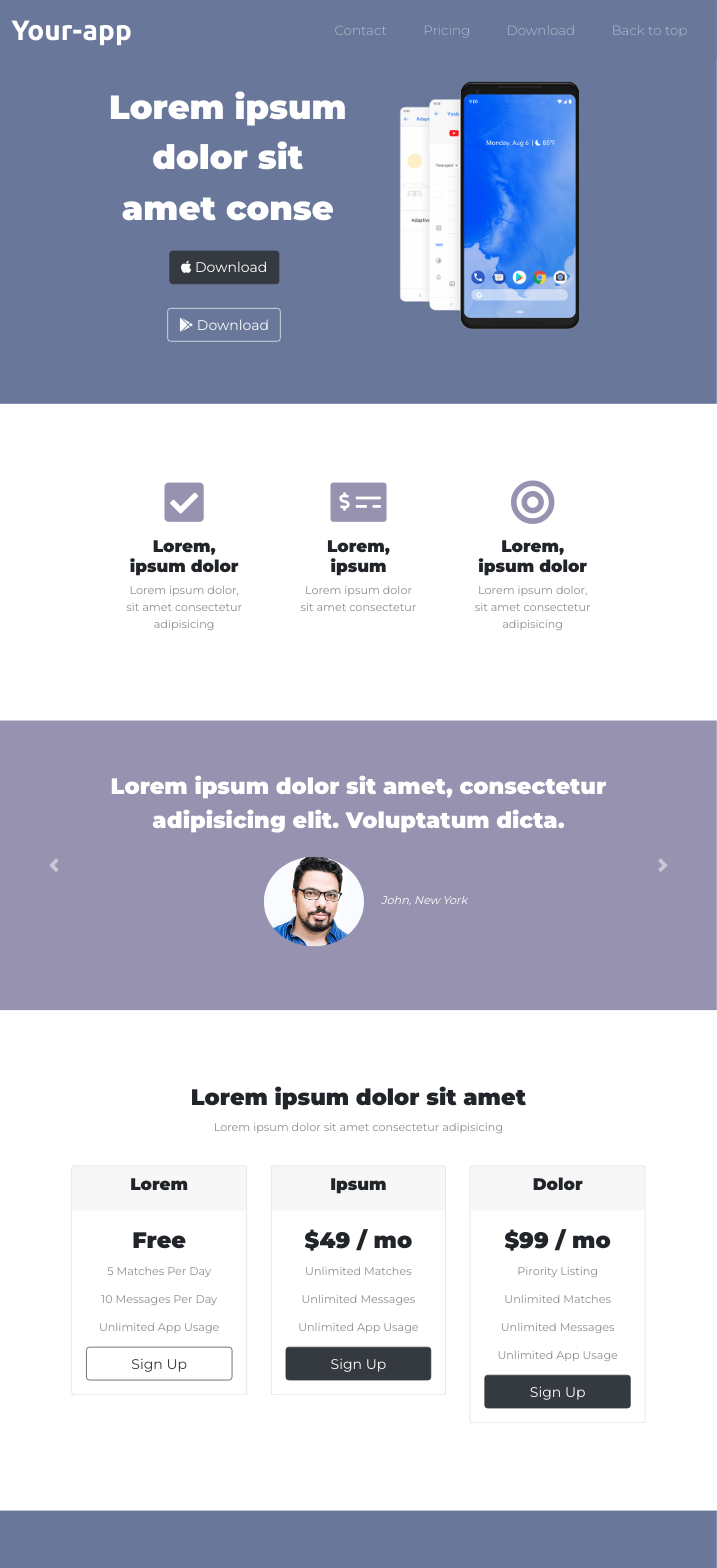
Repository: Isanderr/Simple_landing_page_2-Bootstrap4
Page: index.html
These files come from the project's save history. The page is drawn as it stood at one moment and after the next save; the edit follows.
The browser window is 1024 px wide. The pictures show the part of the page from y = 0 to 2240 px (the page is 2789 px tall before and 2753 px after), at 70% of full size.
Some web libraries are served in a nearby version.

Above is the page before, as saved 2019-02-03 21:54:50.

### index.html
<!DOCTYPE html>
<html>

  <head>
    <meta charset="utf-8">
    <meta name="viewport" content="width=device-width, initial-scale=1, shrink-to-fit=no">
    <title>App-landingpage</title>
    <link rel="stylesheet" href="https://stackpath.bootstrapcdn.com/bootstrap/4.2.1/css/bootstrap.min.css" integrity="sha384-GJzZqFGwb1QTTN6wy59ffF1BuGJpLSa9DkKMp0DgiMDm4iYMj70gZWKYbI706tWS"
      crossorigin="anonymous">
    <link rel="stylesheet" href="https://use.fontawesome.com/releases/v5.7.1/css/all.css" integrity="sha384-fnmOCqbTlWIlj8LyTjo7mOUStjsKC4pOpQbqyi7RrhN7udi9RwhKkMHpvLbHG9Sr"
      crossorigin="anonymous">
    <link href="https://fonts.googleapis.com/css?family=Montserrat:300,400,900|Ubuntu:400,700" rel="stylesheet">
    <link rel="stylesheet" href="css/styles.css">
  </head>

  <body>
    <section id="title">
      <div class="container-fluid">
        <!-- Nav Bar -->
        <nav class="navbar navbar-expand-lg navbar-dark fixed-top ">
          <a class="navbar-brand" href="">Your-app</a>
          <button class="navbar-toggler" type="button" data-toggle="collapse" data-target="#navbarTogglerDemo02">
            <span class="navbar-toggler-icon"></span>
          </button>
          <div class="collapse navbar-collapse" id="navbarTogglerDemo02">
            <ul class="navbar-nav ml-auto">
              <li class="nav-item">
                <a class="nav-link" href="#footer">Contact</a>
              </li>
              <li class="nav-item">
                <a class="nav-link" href="#pricing">Pricing</a>
              </li>
              <li class="nav-item">
                <a class="nav-link" href="#cta">Download</a>
              </li>
              <li class="nav-item">
                <a class="nav-link" href="#title">Back to top</a>
              </li>
            </ul>
          </div>
        </nav>
        <!-- Title -->
        <div class="row">
          <div class="col-lg-6">
            <h1 class="big-heading">Lorem ipsum dolor sit amet conse</h1>
            <button type="button" class="btn btn-dark btn-lg download-btn"><i class="fab fa-apple"></i> Download</button>
            <button type="button" class="btn btn-outline-light btn-lg download-btn"><i class="fab fa-google-play"></i>
              Download</button>
          </div>
          <div class="col-lg-6">
            <img src="images/android-phone.png" alt="andoind-phone" class="title-img">
          </div>
        </div>
      </div>
    </section>
    <!-- Features -->
    <section id="features">
      <div class="row">
        <div class="feature-box col-lg-4">
          <i class="fas fa-check-square fa-4x icon"></i>
          <h3>Lorem, ipsum dolor</h3>
          <p>Lorem ipsum dolor, sit amet consectetur adipisicing</p>
        </div>
        <div class="feature-box col-lg-4">
          <i class="fas fa-money-check-alt fa-4x icon"></i>
          <h3>Lorem, ipsum</h3>
          <p>Lorem ipsum dolor sit amet consectetur</p>
        </div>
        <div class="feature-box col-lg-4">
          <i class="fas fa-bullseye fa-4x icon"></i>
          <h3>Lorem, ipsum dolor</h3>
          <p>Lorem ipsum dolor, sit amet consectetur adipisicing</p>
        </div>
      </div>
    </section>
    <!-- Testimonials -->
    <section id="testimonials">
      <div id="testimonial-carousel" class="carousel slide" data-ride="false">
        <div class="carousel-inner">
          <div class="carousel-item active">
            <h2>Lorem ipsum dolor sit amet, consectetur adipisicing elit. Voluptatum dicta.</h2>
            <img class="testimonial-img" src="images/men.jpg" alt="men-profile">
            <em>John, New York</em>
          </div>
          <div class="carousel-item">
            <h2 class="testimonial-text">Lorem ipsum dolor sit amet consectetur adipisicing elit. Nostrum, excepturi.</h2>
            <img class="testimonial-img" src="images/woman.jpg" alt="lady-profile">
            <em>Beverly, Illinois</em>
          </div>
        </div>
        <a class="carousel-control-prev" href="#testimonial-carousel" role="button" data-slide="prev">
          <span class="carousel-control-prev-icon"></span>
        </a>
        <a class="carousel-control-next" href="#testimonial-carousel" role="button" data-slide="next">
          <span class="carousel-control-next-icon"></span>
        </a>
      </div>
    </section>
    <!-- Press -->
    <!-- <section id="press">
      <img class="press-logo" src="images/techcrunch.png" alt="tc-logo">
      <img class="press-logo" src="images/tnw.png" alt="tnw-logo">
      <img class="press-logo" src="images/mashable.png" alt="mashable-logo">
      <img class="press-logo" src="images/bizinsider.png" alt="biz-insider-logo">
    </section> -->
    <!-- Pricing -->
    <section id="pricing">
      <h2>Lorem ipsum dolor sit amet</h2>
      <p>Lorem ipsum dolor sit amet consectetur adipisicing</p>
      <div class="row">
        <div class="pricing-column col-lg-4 col-md-6">
          <div class="card">
            <div class="card-header">
              <h3>Lorem</h3>
            </div>
            <div class="card-body">
              <h2>Free</h2>
              <p>5 Matches Per Day</p>
              <p>10 Messages Per Day</p>
              <p>Unlimited App Usage</p>
              <button class="btn btn-lg btn-block btn-outline-dark" type="button">Sign Up</button>
            </div>
          </div>
        </div>
        <div class="pricing-column col-lg-4 col-md-6">
          <div class="card">
            <div class="card-header">
              <h3>Ipsum</h3>
            </div>
            <div class="card-body">
              <h2>$49 / mo</h2>
              <p>Unlimited Matches</p>
              <p>Unlimited Messages</p>
              <p>Unlimited App Usage</p>
              <button class="btn btn-lg btn-block btn-dark" type="button">Sign Up</button>
            </div>
          </div>
        </div>
        <div class="pricing-column col-lg-4 col-md-12">
          <div class="card">
            <div class="card-header">
              <h3>Dolor</h3>
            </div>
            <div class="card-body">
              <h2>$99 / mo</h2>
              <p>Pirority Listing</p>
              <p>Unlimited Matches</p>
              <p>Unlimited Messages</p>
              <p>Unlimited App Usage</p>
              <button class="btn btn-lg btn-block btn-dark" type="button">Sign Up</button>
            </div>
          </div>
        </div>
      </div>
    </section>
    <!-- Call to Action -->
    <section id="cta">
      <h3 class="cta-heading">Lorem ipsum dolor sit amet consec</h3>
      <button class="btn btn-lg btn-dark download-btn" type="button"><i class="fab fa-apple"></i> Download</button>
      <button class="btn btn-outline-light btn-lg download-btn" type="button"><i class="fab fa-google-play"></i>
        Download</button>
    </section>
    <!-- Footer -->
    <footer id="footer">
      <i class="social-icon fab fa-facebook-square"></i>
      <i class="social-icon fab fa-twitter-square"></i>
      <i class="social-icon fab fa-instagram"></i>
      <i class="social-icon fas fa-envelope"></i>
      <p>© Copyright 2019 Łukasz Cendrowski</p>
    </footer>
    <script src="https://code.jquery.com/jquery-3.3.1.slim.min.js" integrity="sha384-q8i/X+965DzO0rT7abK41JStQIAqVgRVzpbzo5smXKp4YfRvH+8abtTE1Pi6jizo"
      crossorigin="anonymous"></script>
    <script src="https://cdnjs.cloudflare.com/ajax/libs/popper.js/1.14.6/umd/popper.min.js" integrity="sha384-wHAiFfRlMFy6i5SRaxvfOCifBUQy1xHdJ/yoi7FRNXMRBu5WHdZYu1hA6ZOblgut"
      crossorigin="anonymous"></script>
    <script src="https://stackpath.bootstrapcdn.com/bootstrap/4.2.1/js/bootstrap.min.js" integrity="sha384-B0UglyR+jN6CkvvICOB2joaf5I4l3gm9GU6Hc1og6Ls7i6U/mkkaduKaBhlAXv9k"
      crossorigin="anonymous"></script>
  </body>

</html>

### css/styles.css

/* fonts */
/* font-family: 'Ubuntu', sans-serif;
font-family: 'Montserrat', sans-serif; */

/* colors */
/* #d7eaea
#acdbdf
#9692af
#69779b */

body {
    font-family: 'Montserrat', sans-serif;
}

h1, h2, h3, h4, h5, h6 {
    font-family: 'Montserrat', sans-serif;
    font-weight: 900;
}

h2 {
    font-size: 2rem;
    line-height: 1.5;
}

h3 {
    font-size: 1.5rem;
}

p {
    color: #8f8f8f;
}





/* headings */

.big-heading {
    font-family: 'Montserrat', sans-serif;
    font-weight: 900;
    font-size: 3rem;
    line-height: 1.5;
}

#title {
    padding-top: 86px;
    background-color: #69779b;
    color: #ffffff;
}

.container-fluid{
    padding: 3% 15% 7%;
}
/* Nav */

.navbar {
    background-color:rgba(105, 119, 155, 0.9);
}

.navbar-brand{
    font-family: 'Ubuntu', sans-serif;
    font-size: 2.5rem;
    font-weight: 900;
}

.nav-item {
    padding: 0 18px;
}

.nav-link {
    font-size: 1.2rem;
    font-weight: 300;
}

/* download buttons */

.download-btn {
    margin: 5% 3% 5% 0;
}

/* title img */

.title-img {
    max-width: 75%;
    transform: rotate(15deg);
    position: absolute;
    right: 20%;
}

/* features */

#features {
    padding: 7% 15%;
    background-color: #ffffff;
    position: relative;

}

.feature-box {
    text-align: center;
    padding: 5%;
}
.icon {
    color: #9692af;
    margin-bottom: 1rem;
}

.icon:hover {
    color: #69779b;
}

/* testimonial */

#testimonials {
    text-align: center;
    background-color: #9692af;
    color: #ffffff;
}

.testimonial-img {
    width: 20%;
    border-radius: 100%;
    margin: 20px;
}

.carousel-item {
    padding: 7% 15%;
}

/* #press {
    background-color: #9692af;
    text-align: center;
    padding-bottom: 3%;
}

.press-logo {
    width: 15%;
    margin: 20px 20px 50px;
} */

/* pricing */

#pricing {
    padding: 100px;
    text-align: center;
}

.pricing-column {
padding: 3% 2%;
}

/* cta */

#cta {
    background-color: #69779b;
    color: #ffffff;
    padding: 7% 15%;
    text-align: center;
}

.cta-heading {
    font-family: 'Montserrat', sans-serif;
    font-weight: 900;
    font-size: 2.5rem;
    line-height: 1.5;
}

/* footer */

#footer {
    padding: 7% 15%;
    text-align: center;
}

.social-icon {
    margin: 20px 10px;
}



@media only screen and (max-width: 1086px) {

h1{
    font-size: 1.5rem;
}

    #title {
        text-align: center;
    }
    .title-img {
        position: static;
        transform: rotate(0);
    }
}

After the next save:
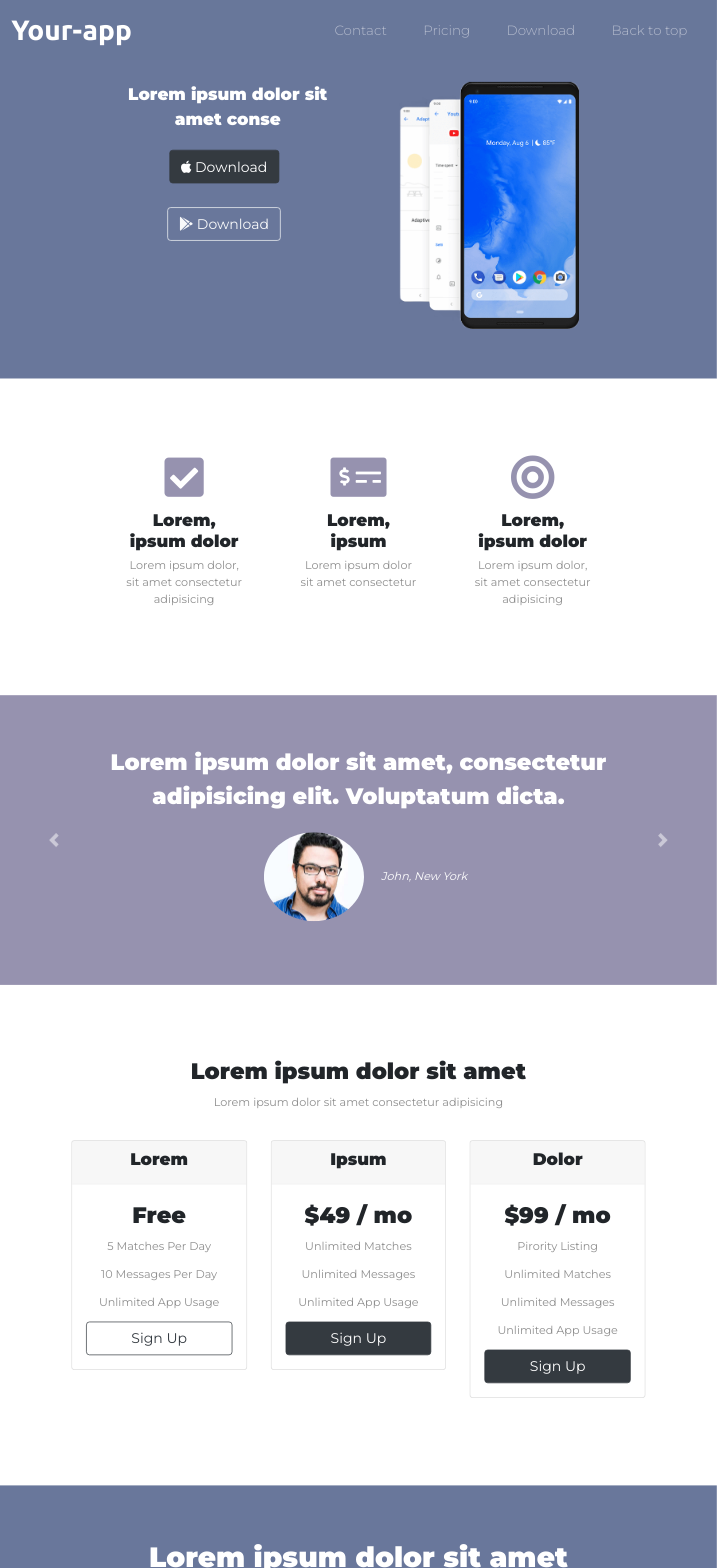
Saved 19 s later.
--- a/css/styles.css
+++ b/css/styles.css
@@ -182,7 +182,7 @@
 
 @media only screen and (max-width: 1086px) {
 
-h1{
+h1.big-heading{
     font-size: 1.5rem;
 }
 
